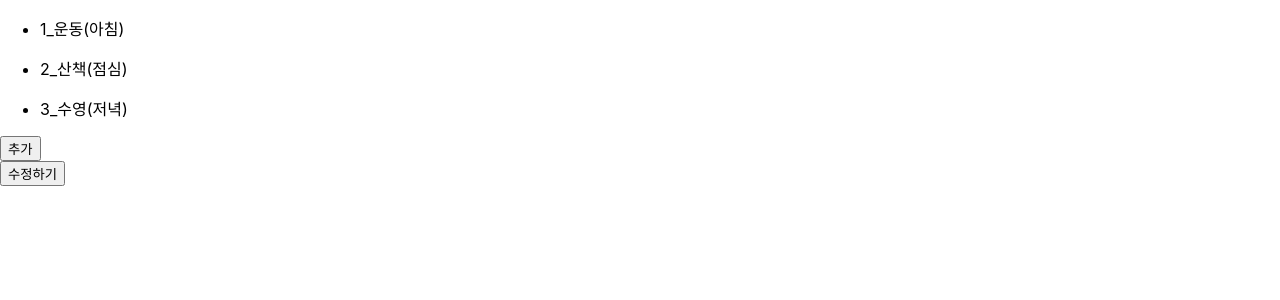
Repository: 0gunkim/REACT-TODO-PRAC
Page: / (app in todo/)
The author's editor kept a copy of each file at every save. The page is drawn from the files as they stood at one save, then again after the next save.
The browser window is 1280 px wide. The pictures show the whole page.
The project was rebuilt for these pictures with package versions that can differ from the ones it lists, and the page was loaded fresh each time.

Above is the page before, as saved 2023-01-04 14:22:32.

### todo/src/App.js
import TodoList from "./pages/TodoList";


function App() {
  return (
    <div className="App">
   <TodoList></TodoList>
    </div>
  );
}

export default App;

### todo/src/pages/TodoList.jsx
import React from 'react';
import { useState } from 'react';
import { initialTodo } from '../util/initialTodo';
import { AddButton } from '../components/AddButton';
import { EditButton } from '../components/EditButton';

export default function TodoList() {
    const [todo, setTodo] = useState(initialTodo)
    console.log(todo)
    return (
        <div>
            {todo.map((list)=>{
                return(
                <div key={list.id}>
                    <ul>
                        <li>{list.id}_{list.title}({list.time})</li>
                    </ul>
                </div>

                )})}
                <AddButton todo={todo} setTodo={setTodo} />
                <EditButton todo={todo} setTodo={setTodo} />
        </div>
    );
}

### todo/src/util/initialTodo.js
export const initialTodo = [
{
    id: 1,
    title: '운동',
    time: '아침',
},
{
    id: 2,
    title: '산책',
    time: '점심',
},
{
    id: 3,
    title: '수영',
    time: '저녁',
},
]

### todo/src/components/AddButton.jsx
import React from 'react';

export const AddButton = (props) => {
    const {todo, setTodo} = props;
    console.log(todo)
    const addHandlerButton = () => {
        const ff = prompt(`오늘의 할일은?`);
        const time = prompt(`아침? 점심? 저녁? 언제?`);
        setTodo(() => (
            [...todo, {title: ff, time}]
        ))
    };
    return(
        <div>
        <button onClick={addHandlerButton}>추가</button>
        </div>
    );
};

### todo/src/components/EditButton.jsx
import React from 'react';

export const EditButton = () => {
    const editHandlerButton = (props) => {
        const {todo, setTodo} = props;
        console.log(todo);
        const editId = prompt(`수정하고싶은 번호 입력`);
        const current = prompt(`수정하고싶은 일을 적어주세요`);
        // setTodo(todo => (todo.map((i) => {

        //     if(i.id === editId)
        // })))
    };
    return(
        <div>
            <button onClick={editHandlerButton}>수정하기</button>
        </div>
    );
};

Loaded but not shown: todo/public/index.html (common file); todo/src/index.js (common file); todo/src/index.css (common file); todo/src/reportWebVitals.js (common file)

After the next save:
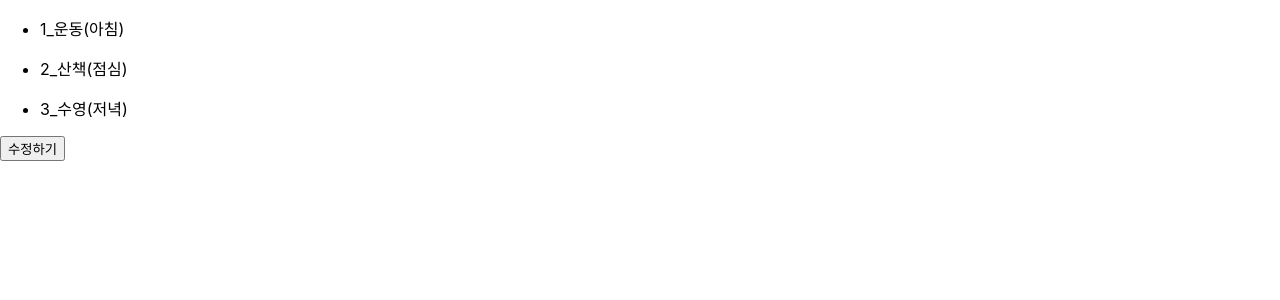
Saved 22 s later.
--- a/todo/src/pages/TodoList.jsx
+++ b/todo/src/pages/TodoList.jsx
@@ -18,7 +18,7 @@ export default function TodoList() {
                 </div>
 
                 )})}
-                <AddButton todo={todo} setTodo={setTodo} />
+                {/* <AddButton todo={todo} setTodo={setTodo} /> */}
                 <EditButton todo={todo} setTodo={setTodo} />
         </div>
     );
